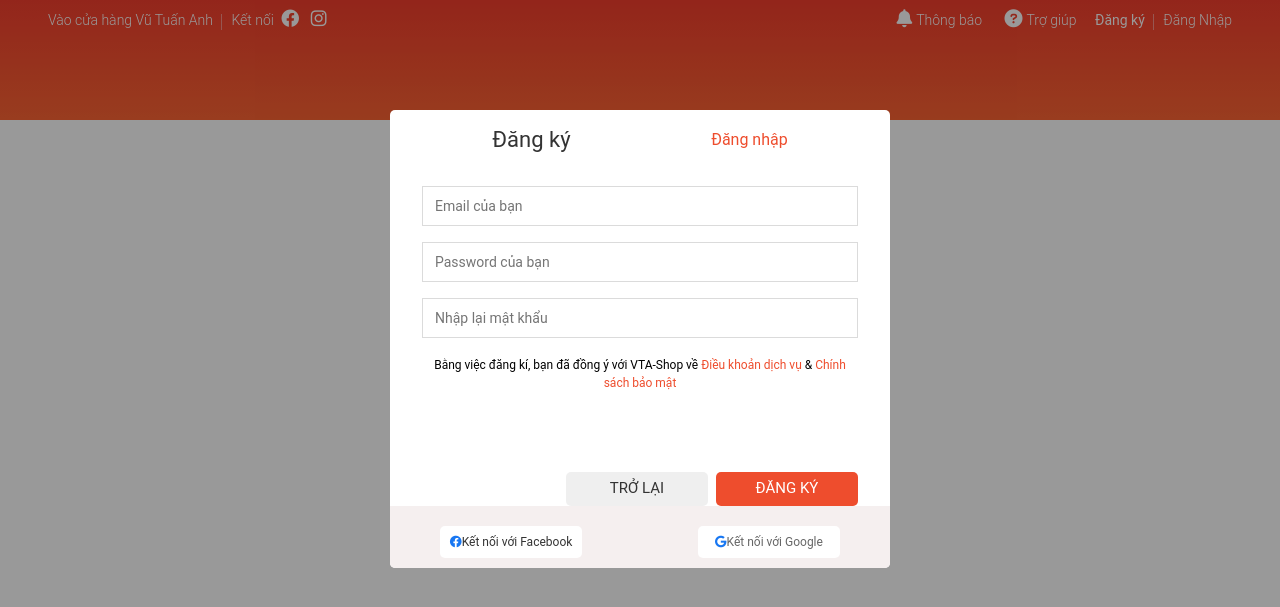
Repository: VuTuanAnh0949/Shopee
Page: index.html
These files come from the project's save history. The page is drawn as it stood at one moment and after the next save; the edit follows.
The browser window is 1280 px wide. The pictures show the whole page.

Above is the page before, as saved 2022-02-16 14:05:02.

After the next save:
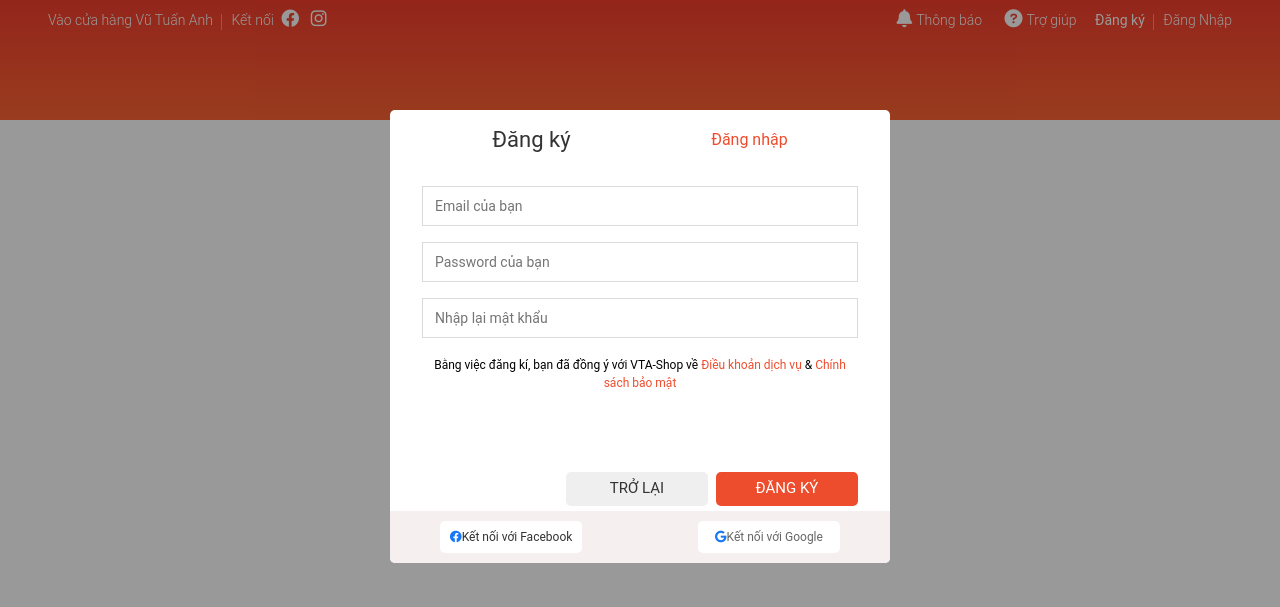
Saved 14 s later.
--- a/assets/css/main.css
+++ b/assets/css/main.css
@@ -291,7 +291,8 @@ border-color: #777;
   background-color:#f5efef  ;
   display: flex;
   justify-content: space-between;
-  padding-top: 10px;
+margin-top: 5px;
+
 }
 /* .auth-form__socials--facebook, */
 .auth-form__socials-icon{
